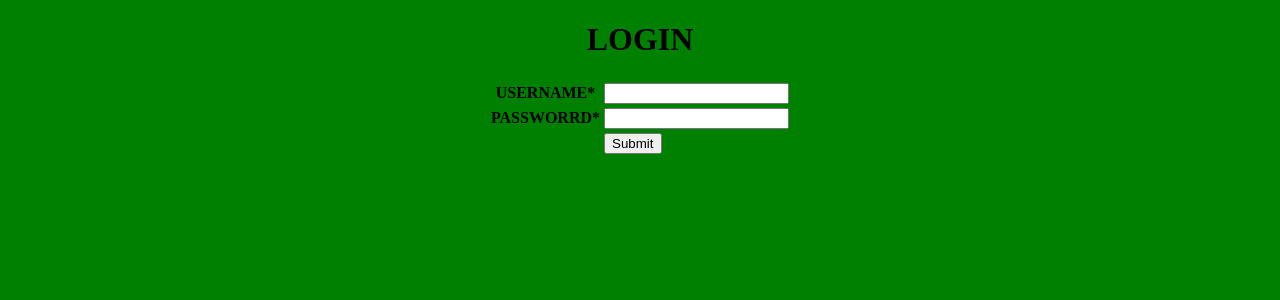
Repository: raviraj226/AdvanceJava
Page: http://localhost/Ravi_Maven/LogIn.jsp
These files come from the project's save history. The page is drawn as it stood at one moment and after the next save; the edit follows.
The browser window is 1280 px wide. The pictures show the whole page.
The page is served by Tomcat 9. Other server files are loaded and not shown.

Above is the page before, as saved 2022-03-11 10:20:08.

### Advance Java/Ravi_Maven/src/main/webapp/LogIn.jsp
<%@ page language="java" contentType="text/html; charset=ISO-8859-1"
	pageEncoding="ISO-8859-1"%>
<!DOCTYPE html>
<html>
<head>
<meta charset="ISO-8859-1">
<title>Login Page</title>
</head>
<body bgcolor="green">
	<form action="Submit.jsp" method="post">
		<table align="center">
			<h1 align="center">LOGIN</h1>
			<tr>
				<th>USERNAME*</th>
				<td><input type="text" name="user"></td>
			</tr>
			<tr>
				<th>PASSWORRD*</th>
				<td><input type="Password" name="pwd"></td>
			</tr>
			<tr>
				<th></th>
				<td><input type="SUBMIT" name="USER" value="Submit"></input></td>
			</tr>
		</table>
	</form>
</body>
</html>

After the next save:
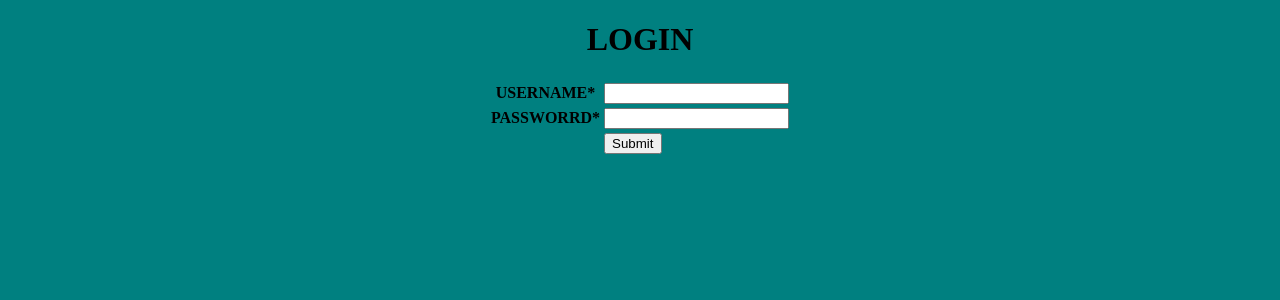
Saved 19 s later.
--- a/Advance Java/Ravi_Maven/src/main/webapp/LogIn.jsp
+++ b/Advance Java/Ravi_Maven/src/main/webapp/LogIn.jsp
@@ -6,7 +6,7 @@
 <meta charset="ISO-8859-1">
 <title>Login Page</title>
 </head>
-<body bgcolor="green">
+<body bgcolor="teal">
 	<form action="Submit.jsp" method="post">
 		<table align="center">
 			<h1 align="center">LOGIN</h1>
